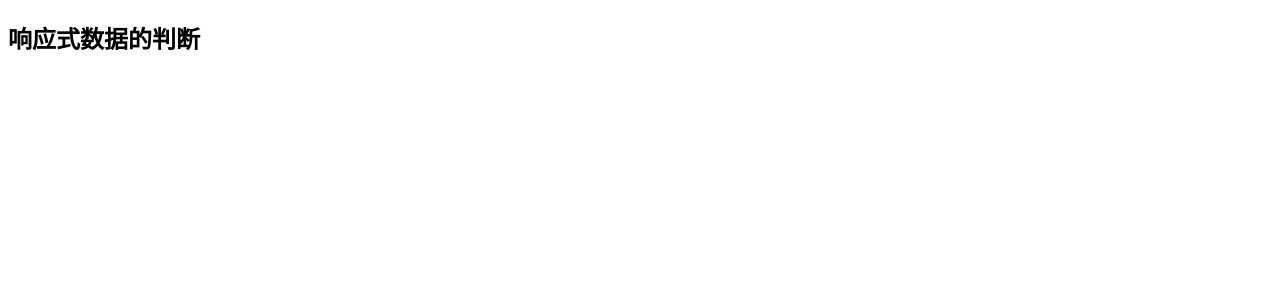
Repository: zhuhongxiang/Vue3.0-TSLeaning
Page: / (app in 04_Vue3/vue3_learning/)
An editor plug-in stored every save of this project. The page is shown before and after the next save, followed by the edit.
The browser window is 1280 px wide. The pictures show the whole page.
The project was rebuilt for these pictures with package versions that can differ from the ones it lists, and the page was loaded fresh each time.

Above is the page before, as saved 2021-07-27 17:20:53.

After the next save:
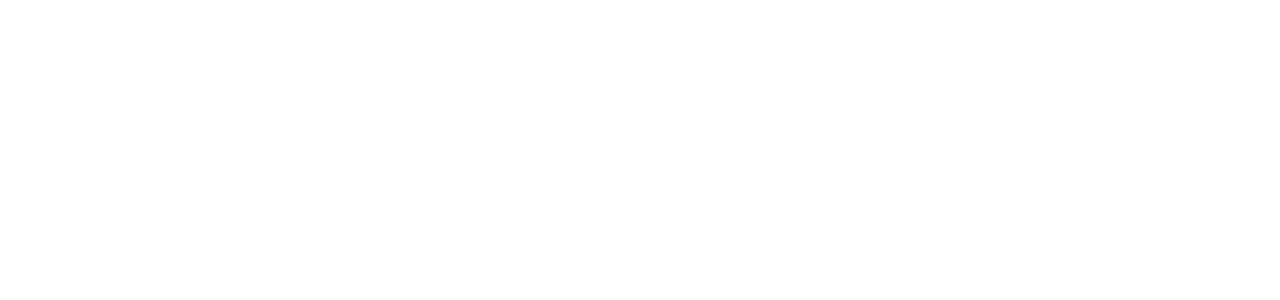
Console error: ReferenceError: isReadonly is not defined
Saved 2 min 16 s later.
--- a/04_Vue3/vue3_learning/src/App.vue
+++ b/04_Vue3/vue3_learning/src/App.vue
@@ -3,7 +3,7 @@
 </template>
 
 <script lang='ts'>
-import { defineComponent, isRef, reactive, ref } from "vue";
+import { defineComponent, isReactive, isRef, reactive, ref } from "vue";
 export default defineComponent({
   name: "App",
   props: {},
@@ -13,7 +13,15 @@
   // isReadonly: 检查一个对象是否是由 readonly 创建的只读代理
   // isProxy: 检查一个对象是否是由 reactive 或者 readonly 方法创建的代理
   setup() {
+    // isRef: 检查一个值是否为一个 ref 对象
     console.log(isRef(ref({})));
+    // isReactive: 检查一个对象是否是由 reactive 创建的响应式代理
+    console.log(isReactive(reactive({})));
+    // isReadonly: 检查一个对象是否是由 readonly 创建的只读代理
+    console.log(isReadonly(readonly({})));
+    // isReadonly: 检查一个对象是否是由 readonly 创建的只读代理
+    console.log(isProxy(readonly({})));
+    console.log(isProxy(reactive({})));
     return {};
   },
 });

After the 2 saves that followed:
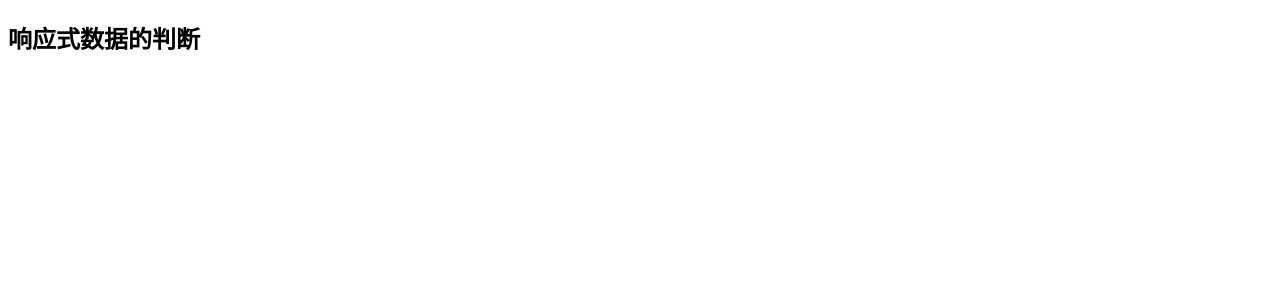
The error is gone.
The 2 saves are shown as one change because 1 did not build or start.
The last was saved 56 s later.
--- a/04_Vue3/vue3_learning/src/App.vue
+++ b/04_Vue3/vue3_learning/src/App.vue
@@ -3,7 +3,16 @@
 </template>
 
 <script lang='ts'>
-import { defineComponent, isReactive, isRef, reactive, ref } from "vue";
+import {
+  defineComponent,
+  isProxy,
+  isReactive,
+  isReadonly,
+  isRef,
+  reactive,
+  readonly,
+  ref,
+} from "vue";
 export default defineComponent({
   name: "App",
   props: {},
